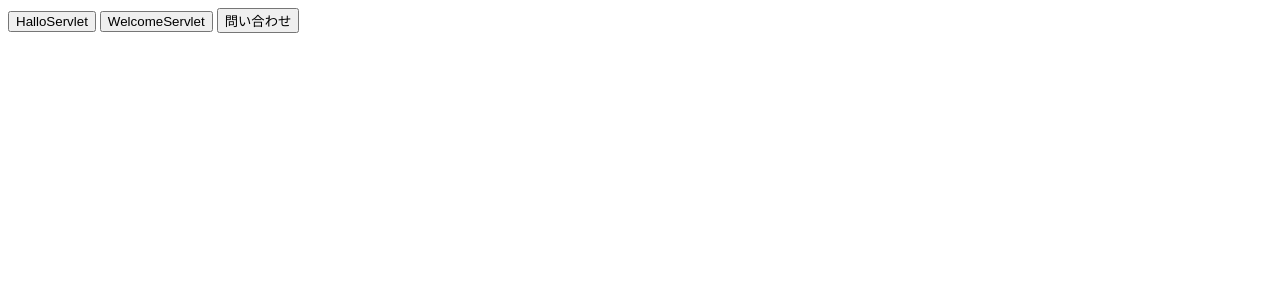
Repository: KeisukeNakamura038/test
Page: http://localhost/HelloServlet/
The author's editor kept a copy of each file at every save. The page is drawn from the files as they stood at one save, then again after the next save.
The browser window is 1280 px wide. The pictures show the whole page.
The page is served by Tomcat 9. Other server files are loaded and not shown.

Above is the page before, as saved 2019-10-30 06:36:39.

### HelloServlet/WebContent/index.jsp
<%@ page language="java" contentType="text/html; charset=UTF-8"
    pageEncoding="UTF-8"%>
<!DOCTYPE html>
<html>
<head>
<meta charset="UTF-8">
<title>HelloServlet</title>
</head>
<body>
<input type="button" value="HalloServlet" onClick="location.href='HelloServlet'">
<input type="button" value="WelcomeServlet" onClick="location.href='welcome.jsp'">
<input type="button" value="問い合わせ" onClick="location.href='inquiry.jsp'">
</body>
</html>

After the next save:
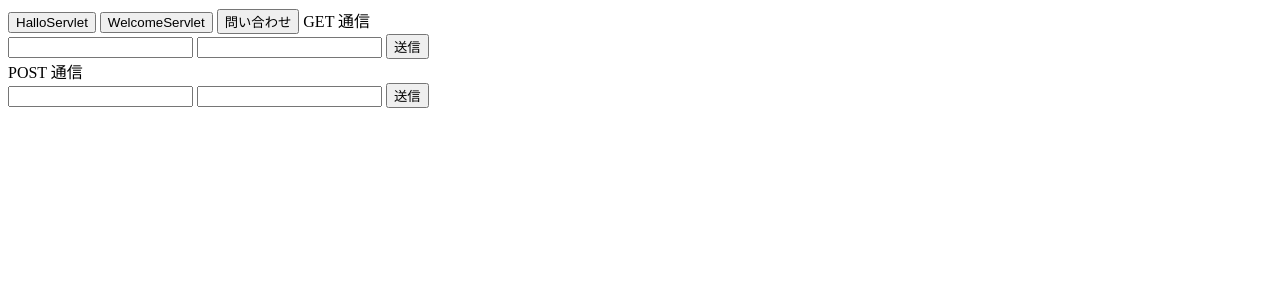
Saved 10 min 0 s later.
--- a/HelloServlet/WebContent/index.jsp
+++ b/HelloServlet/WebContent/index.jsp
@@ -10,5 +10,17 @@
 <input type="button" value="HalloServlet" onClick="location.href='HelloServlet'">
 <input type="button" value="WelcomeServlet" onClick="location.href='welcome.jsp'">
 <input type="button" value="問い合わせ" onClick="location.href='inquiry.jsp'">
+GET 通信
+<form method="get" action="TestServlet">
+<input type="text" name="userneme">
+<input type="password" name="password">
+<input type="submit" value="送信">
+</form>
+POST 通信
+<form method="post" action="TestServlet">
+<input type="text" name="username">
+<input type="password" name="password">
+<input type="submit" value="送信">
+</form>
 </body>
 </html>
